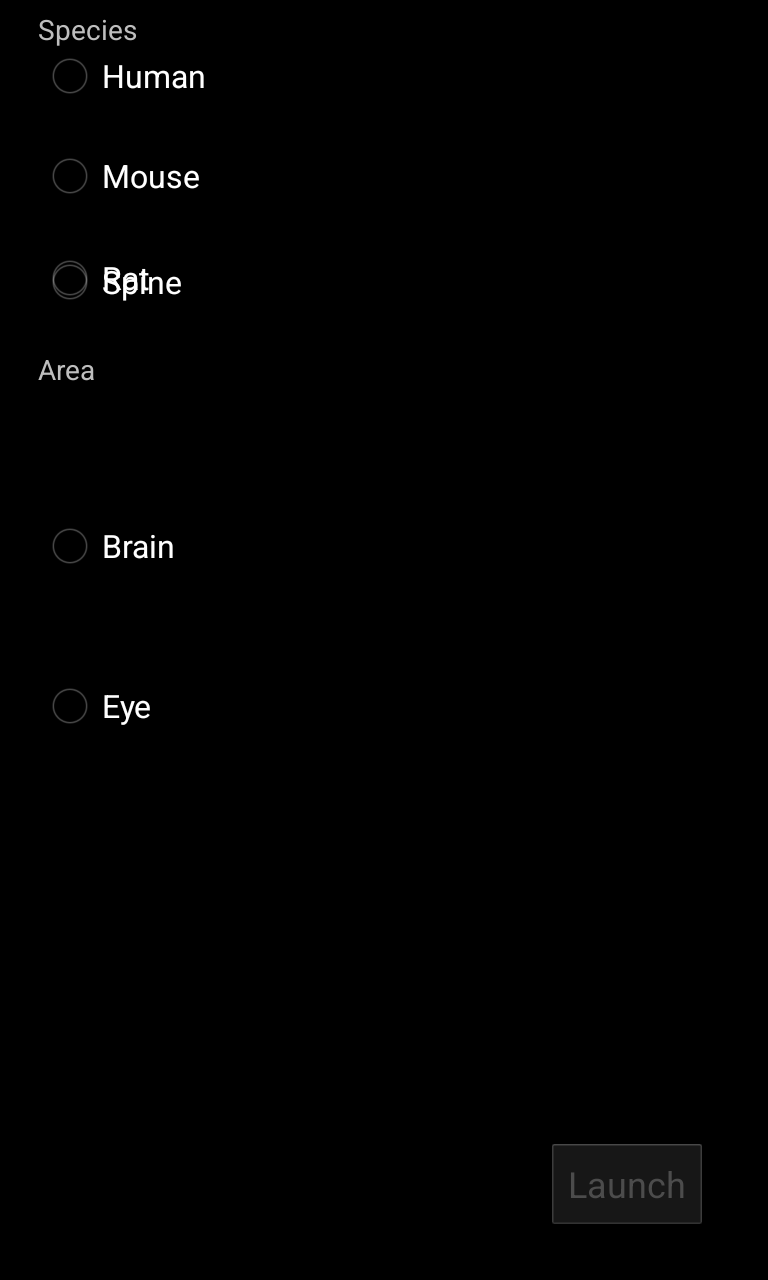
Repository: Ekarg/CSCE315Project3
Layout: Project3/res/layout/activity_main.xml
These files come from the project's save history. The layout is drawn as it stood at one moment and after the next save; the edit follows.
It is drawn on a 768 x 1280 px phone screen (xhdpi) without system bars, with theme android:Theme.Holo; the app's code is not run.

Above is the layout before, as saved 2013-11-27 20:10:24.

After the next save:
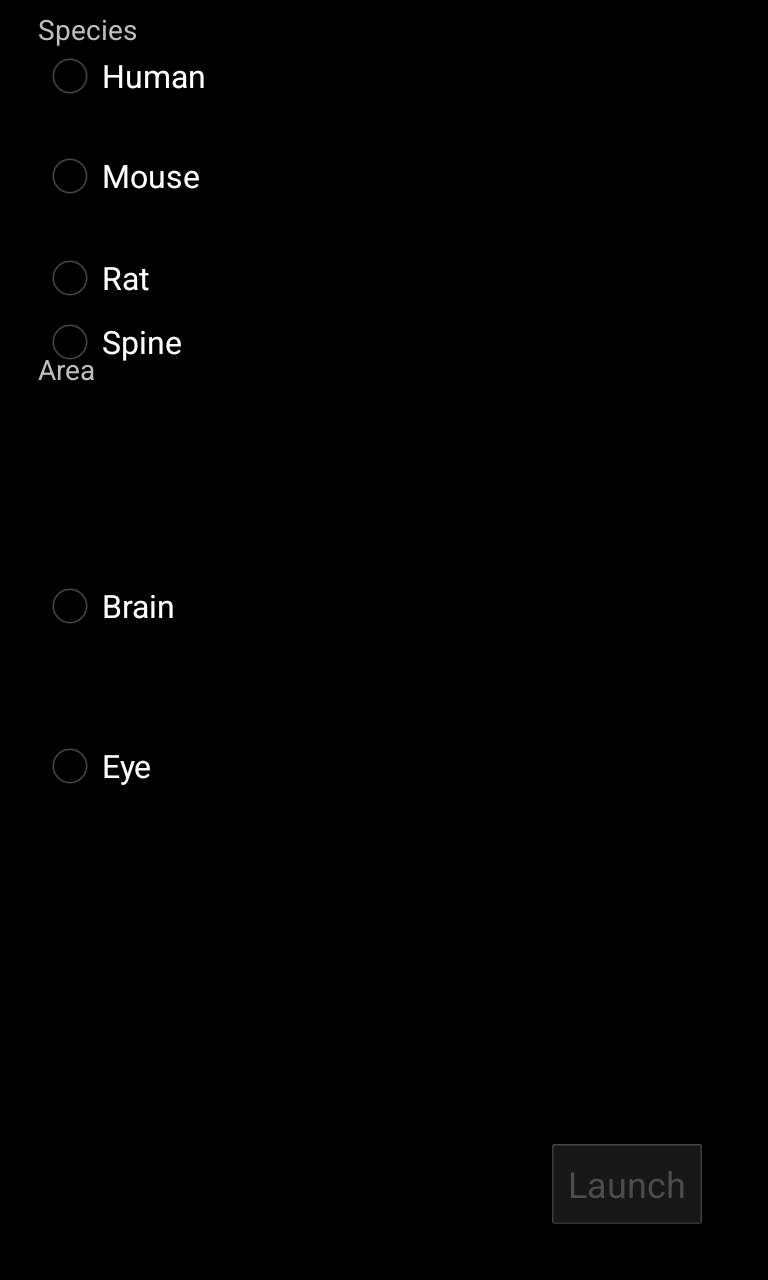
Saved 7 s later.
--- a/Project3/res/layout/activity_main.xml
+++ b/Project3/res/layout/activity_main.xml
@@ -91,7 +91,7 @@
             android:layout_height="wrap_content"
             android:layout_marginLeft="14dp"
             android:checked = "false"
-            android:layout_marginTop="120dp"
+            android:layout_marginTop="150dp"
 	        android:onClick="onRadioButtonClicked"
 	        android:text="@string/spine" />
 
